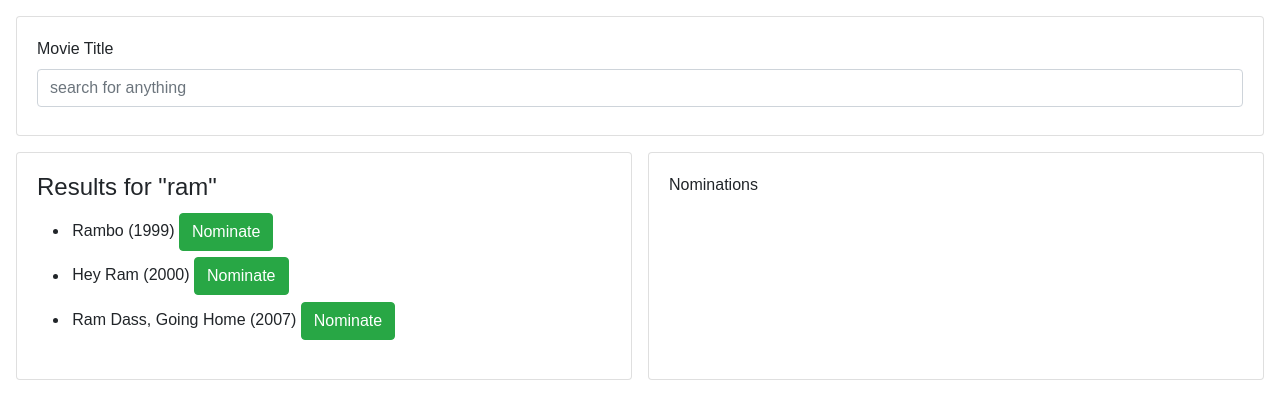
Repository: akinsikuoluwafemi/shoppies-movie-collection
Page: /
These files come from the project's save history. The page is drawn as it stood at one moment and after the next save; the edit follows.
The browser window is 1280 px wide. The pictures show the whole page.
The project was rebuilt for these pictures with package versions that can differ from the ones it lists, and the page was loaded fresh each time. Also part of the build but not shown: src/App.css.

Above is the page before, as saved 2021-01-10 09:16:11.

After the next save:
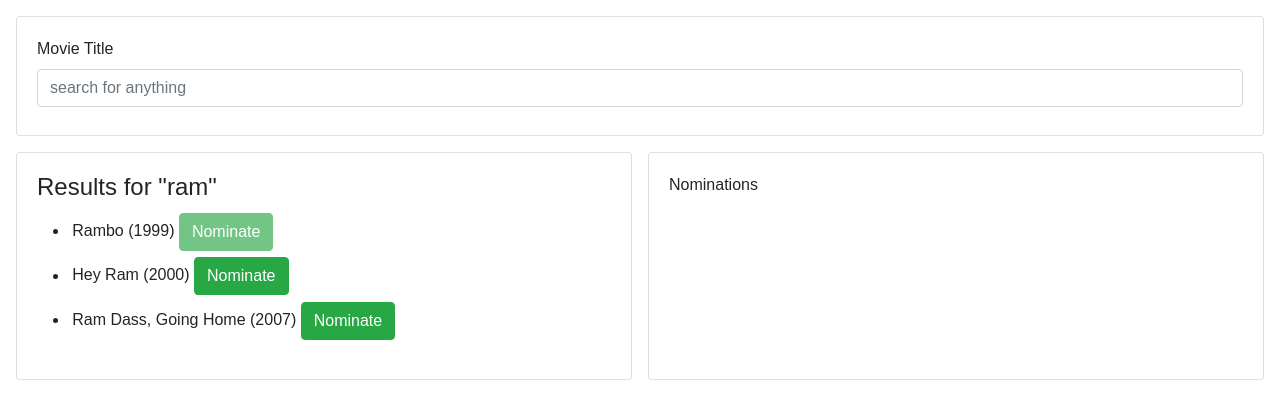
Saved 65 s later.
--- a/src/components/SearchResults.js
+++ b/src/components/SearchResults.js
@@ -8,7 +8,7 @@
         <CardWrapper>
             <h4>Results for "ram"</h4>
             <ul className="list">
-                <li className="list-item" >Rambo (1999) <button className="btn btn-success" >Nominate</button></li>
+                <li className="list-item" >Rambo (1999) <button className="btn btn-success disabled" >Nominate</button></li>
                 <li className="list-item" >Hey Ram (2000) <button className="btn btn-success" >Nominate</button></li>
                 <li className="list-item" >Ram Dass, Going Home (2007) <button className="btn btn-success" >Nominate</button></li>
 

After the 2 saves that followed:
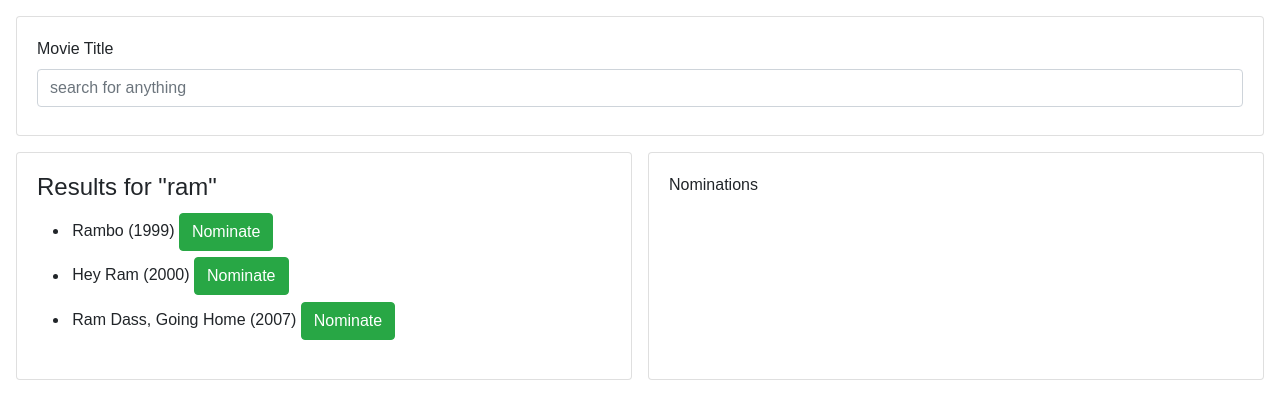
The 2 saves are shown as one change because they came seconds apart.
The last was saved 43 s later.
--- a/src/components/SearchResults.js
+++ b/src/components/SearchResults.js
@@ -8,7 +8,7 @@
         <CardWrapper>
             <h4>Results for "ram"</h4>
             <ul className="list">
-                <li className="list-item" >Rambo (1999) <button className="btn btn-success disabled" >Nominate</button></li>
+                <li className="list-item" >Rambo (1999) <button className="btn btn-success" >Nominate</button></li>
                 <li className="list-item" >Hey Ram (2000) <button className="btn btn-success" >Nominate</button></li>
                 <li className="list-item" >Ram Dass, Going Home (2007) <button className="btn btn-success" >Nominate</button></li>
 
